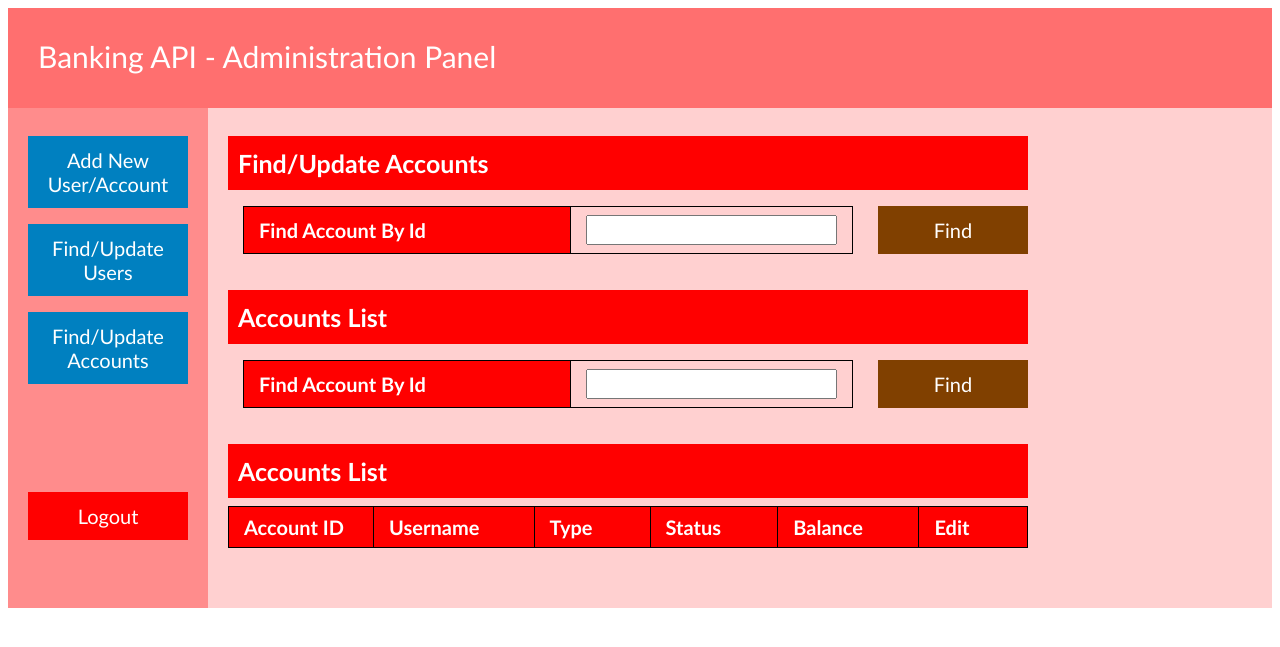
Repository: kennyufish/Revature_ROCP1_Project_Banking_API
Page: http://localhost/banking_api/findUpdateAccounts
The author's editor kept a copy of each file at every save. The page is drawn from the files as they stood at one save, then again after the next save.
The browser window is 1280 px wide. The pictures show the whole page.
The page is served by Tomcat 9. Queries for data that is not in the repository find no rows.

Above is the page before, as saved 2020-10-14 15:18:59.

After the next save:
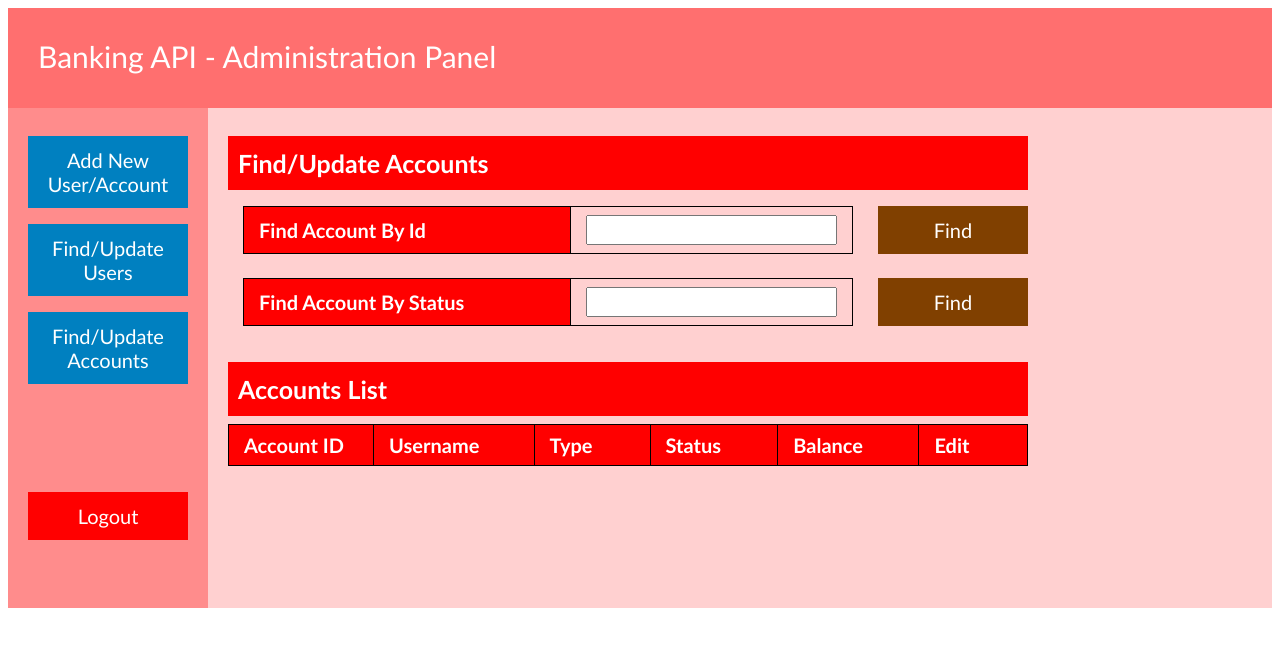
Saved 56 s later.
--- a/banking_api/src/main/java/com/app/banking/controller/FindUpdateAccountsController.java
+++ b/banking_api/src/main/java/com/app/banking/controller/FindUpdateAccountsController.java
@@ -59,11 +59,10 @@ public class FindUpdateAccountsController extends HttpServlet {
 			out.print("</form>");
 			out.print("<br><br><br>");
 			//
-			out.print("<div><h1 class='subHeading1' style='margin-top:20px;'>Accounts List</h1></div>");
-			out.print("<form action='findAccountById' method='get'>");
-			out.print("<table class='findBar'><tr><th>Find Account By Id</th>");
+			out.print("<form action='findAccountByStatus' method='get'>");
+			out.print("<table class='findBar'><tr><th>Find Account By Status</th>");
 			out.print("<td><input style='width:100%' type='number' min='0' step='1' name='accountId' required /></td></tr></table>");
-			out.print("<button class='smallButton findButton' type='submit' name='findAccountById'>Find</button></div>");
+			out.print("<button class='smallButton findButton' type='submit' name='findAccountByStatus'>Find</button></div>");
 			out.print("</form>");
 			out.print("<br><br><br>");
 			//
